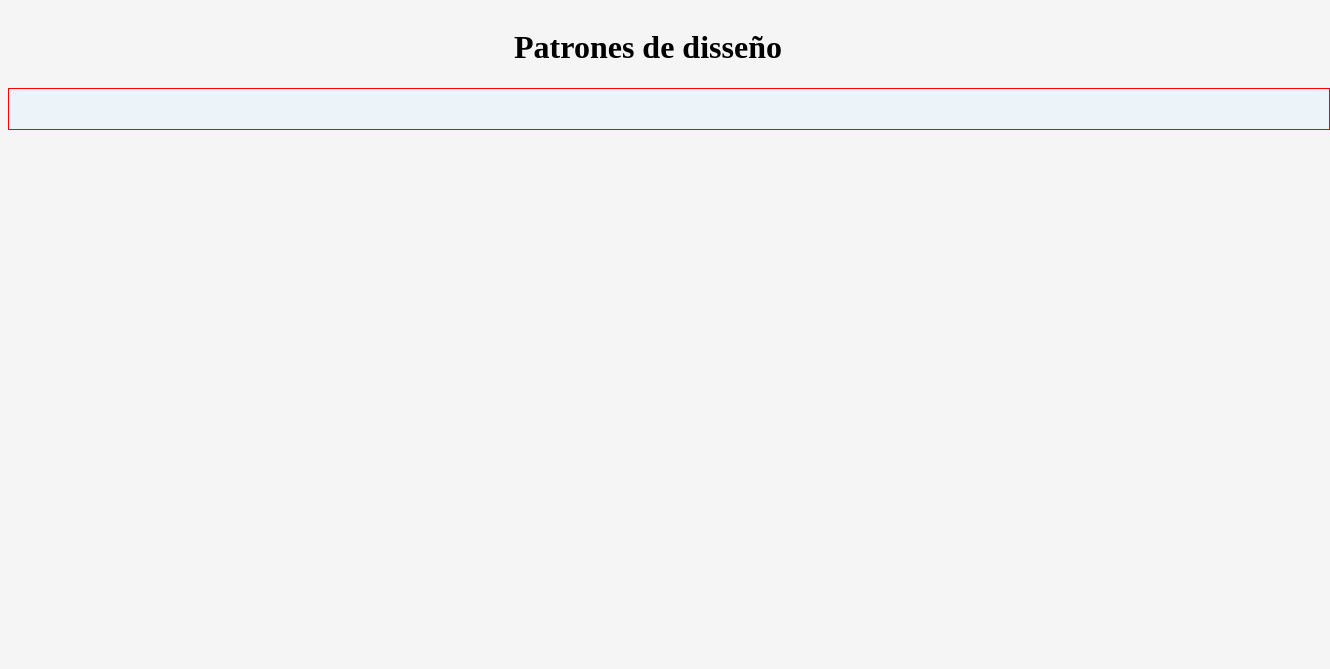
Repository: nrsWebs/design-pattern-es
Page: index.html
These files come from the project's save history. The page is drawn as it stood at one moment and after the next save; the edit follows.
The browser window is 1280 px wide. The page is 1330 px wide, so the pictures cover 1330 px, including what lies to the right of the window. The pictures show the whole page.

Above is the page before, as saved 2021-02-06 18:04:06.

### index.html
<!DOCTYPE html>
<html>
<head>
<script src="https://ajax.googleapis.com/ajax/libs/jquery/3.5.1/jquery.min.js"></script>
<link rel="stylesheet" href="source/main.css">
</head>
<body>
    <div class="main-content">
        <h1>Patrones de disseño</h1>
        <div class="box glass">
            <div class=""></div>
        </div>
    </div>
</body>
<script>
$(document).ready(function(){
    setTimeout(function(){
        $("p").hide();
    }, 5000);
});
</script>
</html>

### source/main.css
:root {
    --main: #F5F5F5;
    --secondary: rgba(227, 242, 253, 0.5);
    --auxiliar: #DB5461
  }
body {
    background-color: var(--main);
    display: flex;
    justify-content: center;
    width: 100%;
}
.main-content{
    display: flex;
    flex-direction: column;
    justify-content: space-around;
    width: 100%;
    max-width: 1440px;
}
h1{
    text-align: center;
}
.box {
    display: flex;
    flex-direction: column;
    justify-content: space-around;
    width: 100%;
    padding: 20px;
    border: 1px solid red;
    background-color: var(--secondary);
    backdrop-filter: blur(5px);
}
/* GLASS EFFECT */

After the next save:
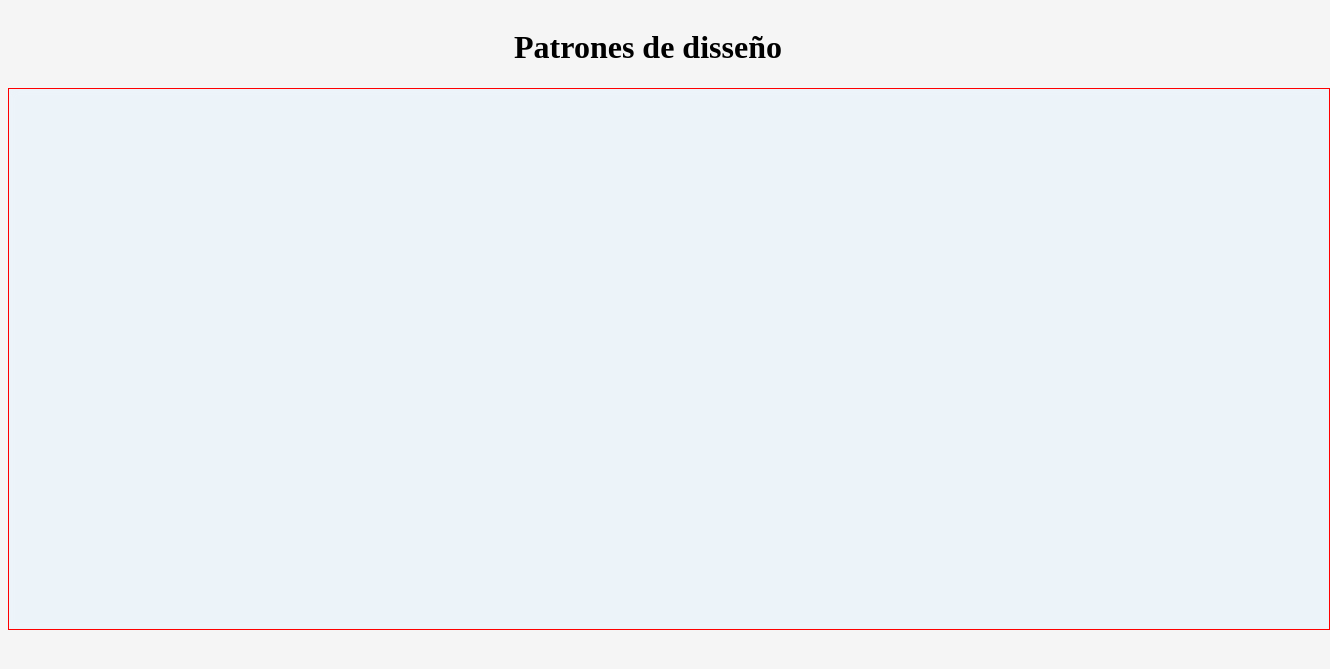
Saved 22 s later.
--- a/source/main.css
+++ b/source/main.css
@@ -28,5 +28,6 @@ h1{
     border: 1px solid red;
     background-color: var(--secondary);
     backdrop-filter: blur(5px);
+    height: 500px;
 }
 /* GLASS EFFECT */
